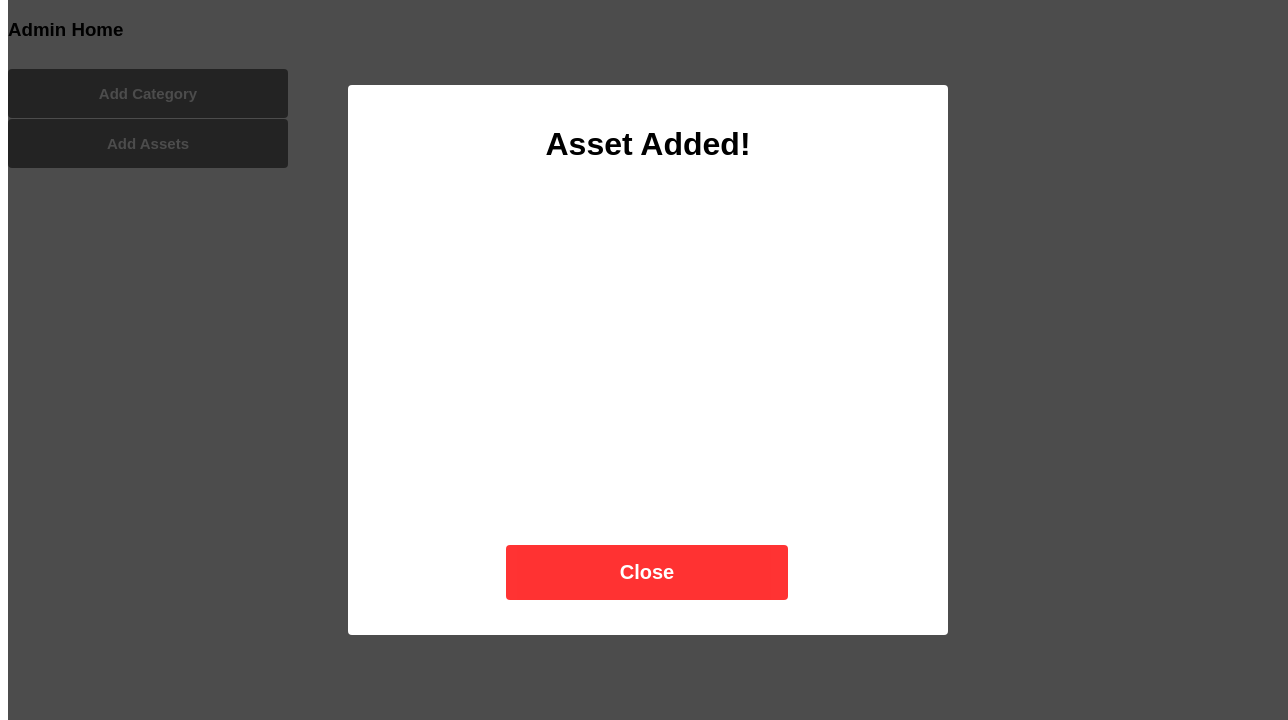
Repository: DhruvKaushal/CodeFury_404Found
Page: http://localhost/e-assets/assetadded.jsp
These files come from the project's save history. The page is drawn as it stood at one moment and after the next save; the edit follows.
The browser window is 1280 px wide. The page is 1288 px wide, so the pictures cover 1288 px, including what lies to the right of the window. The pictures show the whole page.
The page is served by Tomcat 9.

Above is the page before, as saved 2020-10-05 11:10:14.

After the next save:
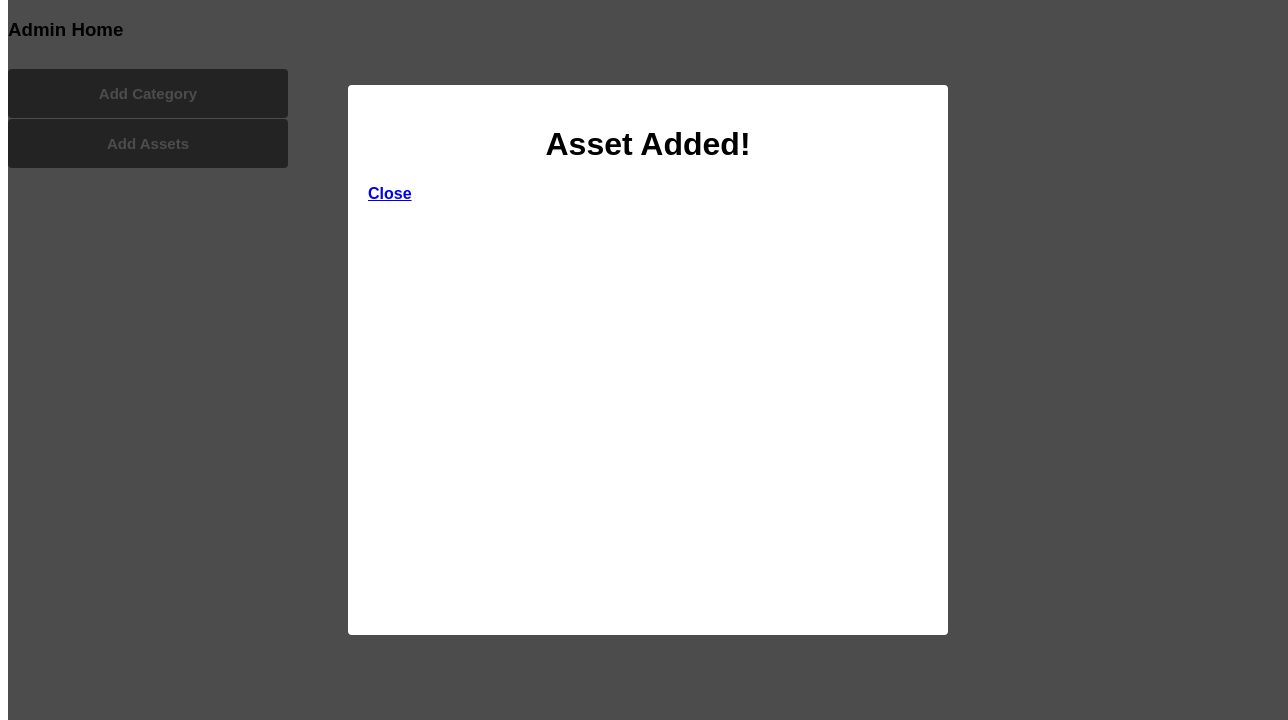
Saved 2 min 4 s later.
--- a/Aditya's New/E-Assets-Management/e-assets/WebContent/assetadded.jsp
+++ b/Aditya's New/E-Assets-Management/e-assets/WebContent/assetadded.jsp
@@ -21,7 +21,7 @@
             <h1>Asset Added!</h1>
 
 
-
+             <a href ="adminhome.jsp>
              <button class="close-button" onclick="doSudmit()"><b>Close</b></button>
 
 

After the 3 saves that followed:
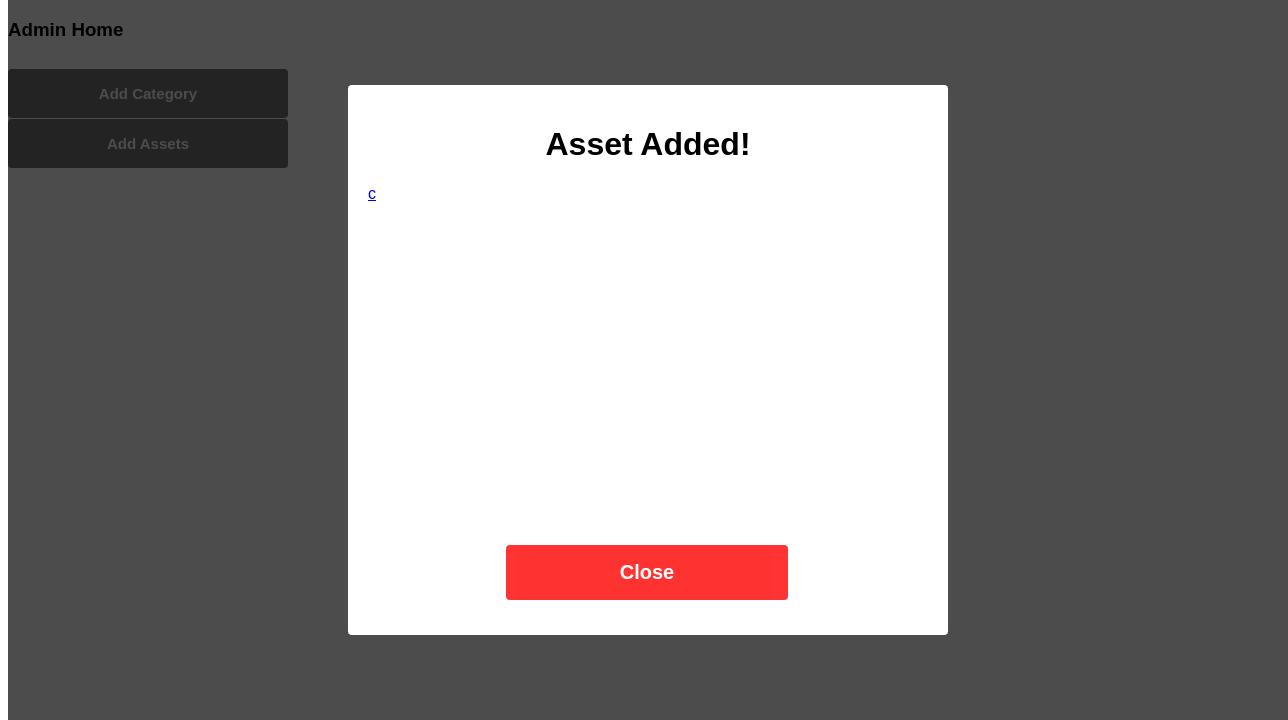
The 3 saves are shown as one change because 2 left the picture as it was.
The last was saved 27 s later.
--- a/Aditya's New/E-Assets-Management/e-assets/WebContent/assetadded.jsp
+++ b/Aditya's New/E-Assets-Management/e-assets/WebContent/assetadded.jsp
@@ -21,7 +21,7 @@
             <h1>Asset Added!</h1>
 
 
-             <a href ="adminhome.jsp>
+             <a href ="adminhome.jsp">c</a>
              <button class="close-button" onclick="doSudmit()"><b>Close</b></button>
 
 
